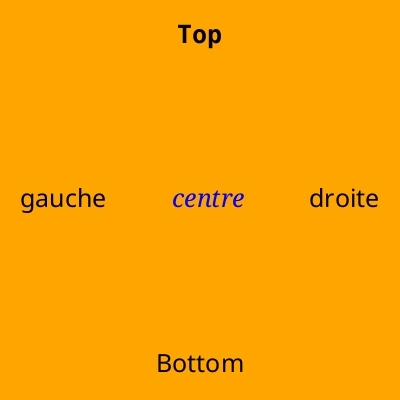
Repository: guehel/Workspace
Program's window: java HelloWorldJavaFx/src/application/Main.java
The author's editor kept a copy of each file at every save. The program's window is drawn from the files as they stood at one save, then again after the next save.
It runs on Java 21 on a 1366 x 768 screen with JavaFX 11; the title bar is not drawn.

Above is the program's window before, as saved 2014-09-25 22:49:46.

After the next save:
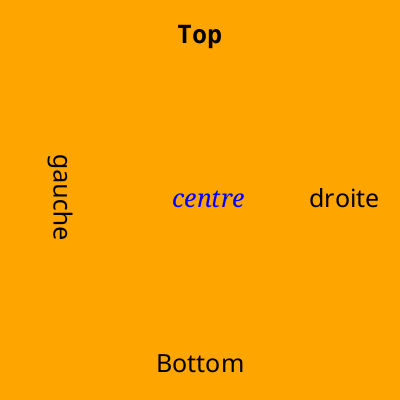
Saved 5 min 16 s later.
--- a/HelloWorldJavaFx/src/application/Main.java
+++ b/HelloWorldJavaFx/src/application/Main.java
@@ -34,7 +34,7 @@
 			root.setBottom(new Text("Bottom"));
 			root.getCenter().setStyle("-fx-background-color: orange;");
 			root.getCenter().setStyle("-fx-font-family:serif; -fx-font-style:italic;-fx-stroke-with: 10px;-fx-fill: blue;");
-			root.getLeft().setStyle("-fx-rotage: 90deg;");
+			root.getLeft().setStyle("-fx-rotate: 90deg;");
 			root.getTop().setStyle("-fx-font-weight: bold;-fx-font-family:monospace;");
 			BorderPane.setAlignment(root.getCenter(), Pos.CENTER);
 			BorderPane.setAlignment(root.getTop(), Pos.CENTER);
